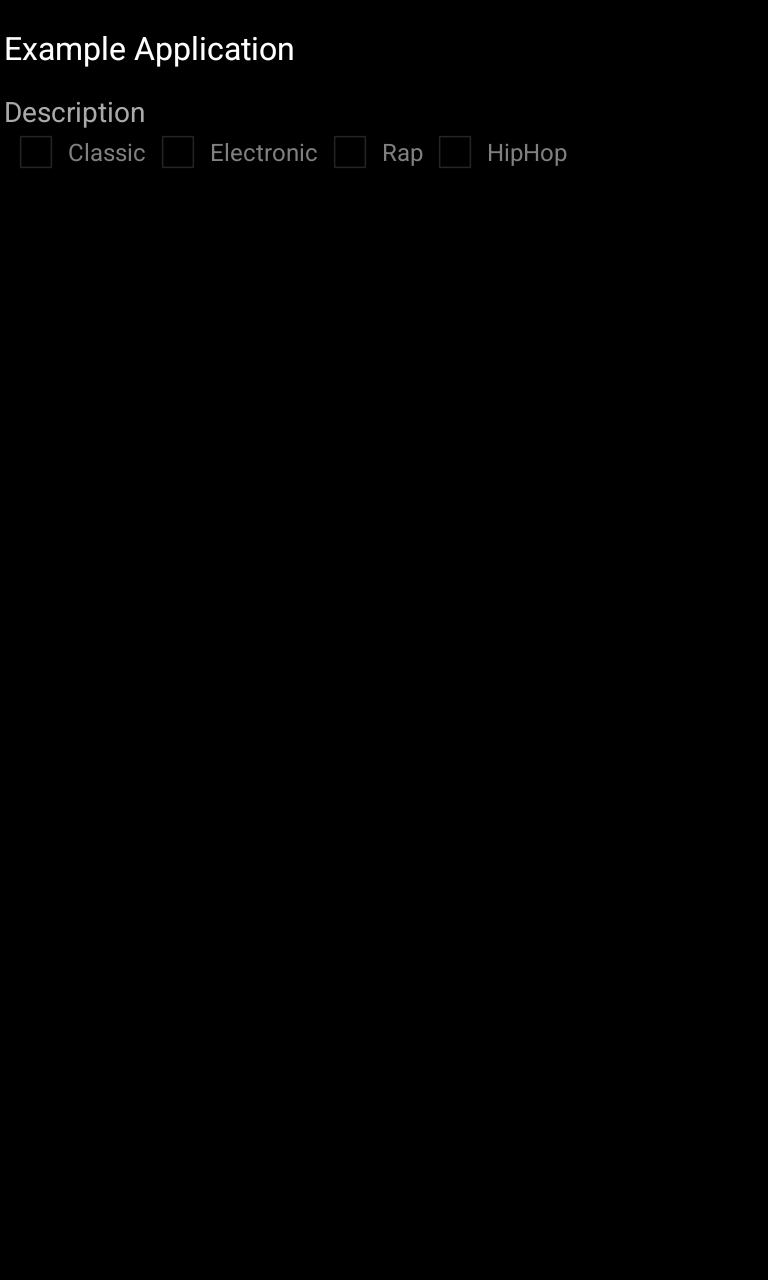
Repository: ohadsch/AwesomePlaylists
Layout: AwesomePlaylists/res/layout/playlists_row_layout.xml
The author's editor kept a copy of each file at every save. The layout is drawn from the files as they stood at one save, then again after a run of saves.
It is drawn on a 768 x 1280 px phone screen (xhdpi) without system bars, with theme AppTheme; the app's code is not run.

Above is the layout before, as saved 2014-05-04 07:54:38.

After the next 2 saves:
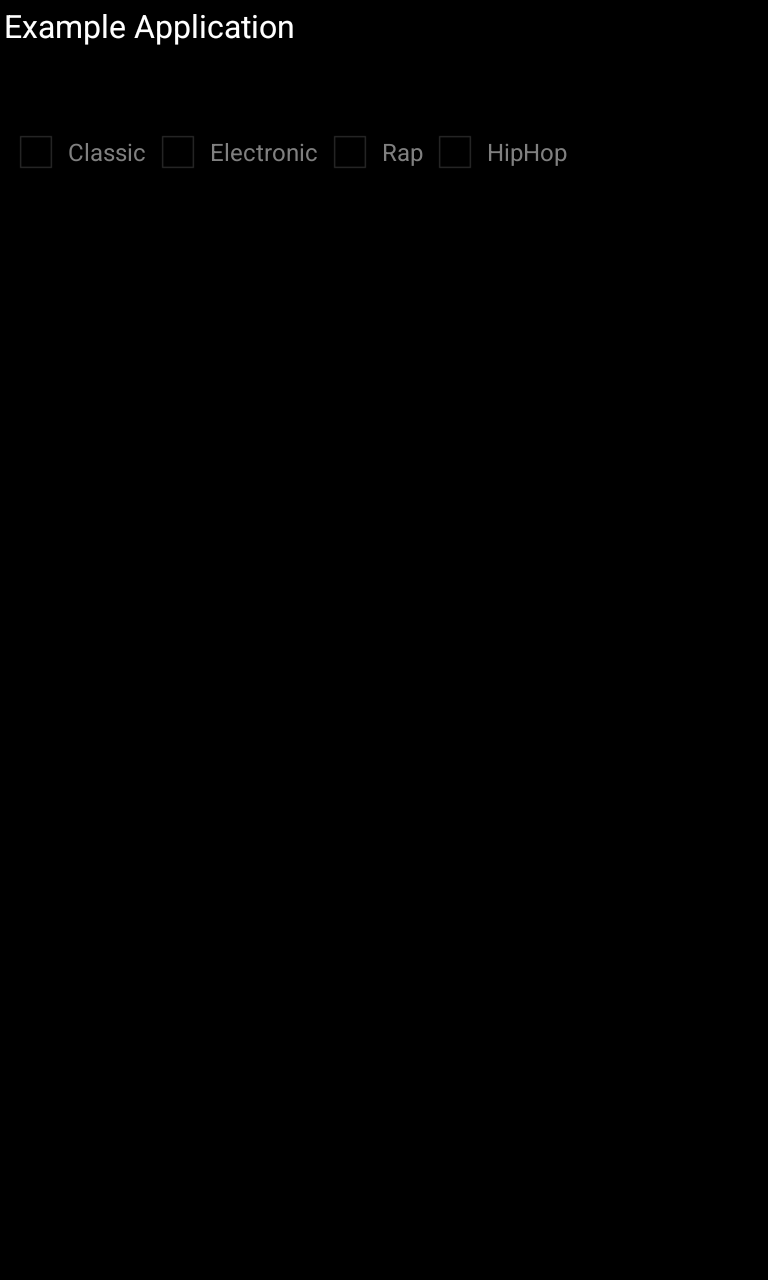
The 2 saves are shown as one change because 1 did not build or start.
The last was saved 2 min 30 s later.
--- a/AwesomePlaylists/res/layout/playlists_row_layout.xml
+++ b/AwesomePlaylists/res/layout/playlists_row_layout.xml
@@ -5,32 +5,17 @@
     android:padding="2dip"
     android:background="@android:color/black">
 
-    <RelativeLayout
+   <RelativeLayout
         android:id="@+id/library_row"
 	    android:layout_width="fill_parent"
 	    android:layout_height="?android:attr/listPreferredItemHeight"
 	    android:background="@android:color/black">
 
 	    <TextView
-	        android:id="@+id/library_row_secondLine"
-	        android:layout_width="fill_parent"
-	        android:layout_height="20dip"
-	        android:layout_alignParentBottom="true"
-	        android:layout_alignParentLeft="true"
-	        android:ellipsize="marquee"
-	        android:marqueeRepeatLimit="marquee_forever"
-		    android:focusable="true"
-		    android:focusableInTouchMode="true"
-	        android:singleLine="true"
-	        android:text="Description"
-	        android:textSize="@dimen/medium_text"
-	        android:textColor="@android:color/darker_gray" />
-
-	    <TextView
-	        android:id="@+id/library_row_firstLine"
+	        android:id="@+id/playlists_row_name"
 	        android:layout_width="wrap_content"
 	        android:layout_height="wrap_content"
-	        android:layout_above="@id/library_row_secondLine"
+	        android:layout_toLeftOf="@+id/playlists_row_edit"
 	        android:layout_alignParentLeft="true"
 	        android:layout_alignParentTop="true"
 	        android:layout_alignWithParentIfMissing="true"
